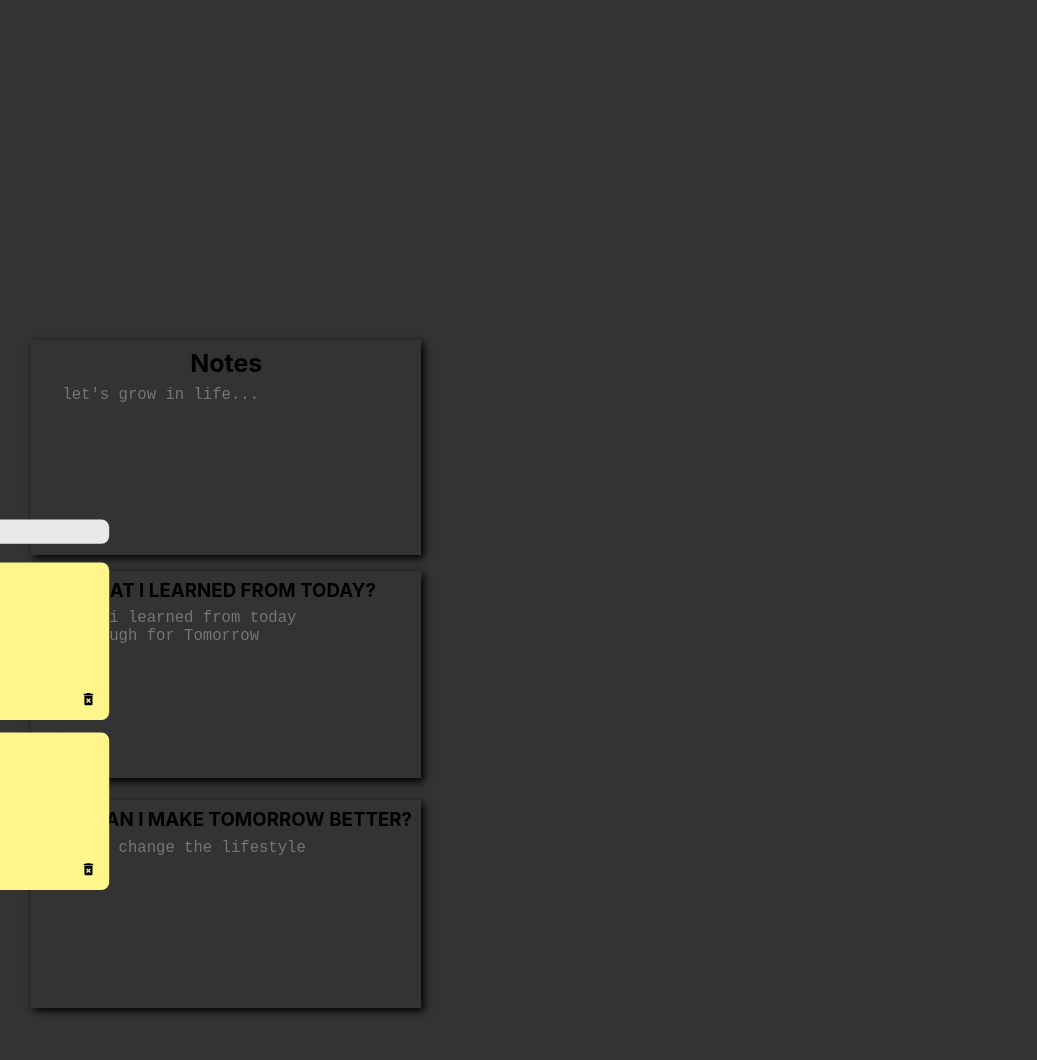
Repository: subhamRsahoo/note
Page: /
These files come from the project's save history. The page is drawn as it stood at one moment and after the next save; the edit follows.
The browser window is 1280 px wide. The page is 1280 px wide, then 1330 px, then 1280 px, so the pictures cover 1330 px, including what lies to the right of the window. The pictures show the whole page, at 78% of full size.
The project was rebuilt for these pictures with package versions that can differ from the ones it lists, and the page was loaded fresh each time.

Above is the page before, as saved 2021-07-15 17:44:45.

### public/index.html
<!DOCTYPE html>
<html lang="en">
  <head>
    <meta charset="utf-8" />
    <link rel="icon" href="%PUBLIC_URL%/favicon.ico" />
    <meta name="viewport" content="width=device-width, initial-scale=1" />
    <meta name="theme-color" content="#000000" />
    <meta
      name="description"
      content="Web site created using create-react-app"
    />
    <link rel="apple-touch-icon" href="%PUBLIC_URL%/logo192.png" />
    <link rel="manifest" href="%PUBLIC_URL%/manifest.json" />


    <!-- <link rel="stylesheet" href="https://cdnjs.cloudflare.com/ajax/libs/font-awesome/5.15.3/css/font-awesome.min.css"/> -->

    <!-- <link rel="stylesheet" href="https://bootswatch.com/4/materia/bootstrap.com"/> -->

    <title>React App</title>
  </head>
  <body>
    <noscript>You need to enable JavaScript to run this app.</noscript>
    <div id="root"></div>
  </body>
</html>

### src/App.js
import React from 'react'
import Hub from './components/Hub';
import Hub1 from './components/aaaa/Hub1';
import A from './components/New folder/A';

function App() {
    return (
        <div>
            <Hub/>
            <Hub1/>
            <A/>
        </div>
    )
}

export default App

### src/components/Hub.js
import React , {useState , useEffect}from "react";
import Header from "./Header";
import Form from "./Form";
import TodoList from "./TodoList";
import './App.css';


const Hub = () => {
  const initalState = JSON.parse(localStorage.getItem("todos")) || [];
  const [input ,setInput] = useState("");
  const [todos ,setTodos] = useState(initalState);
  const [editTodo , setEditTodo] = useState(null);

  useEffect(() => {
    localStorage.setItem("todos" , JSON.stringify(todos))
  }, [todos]);
  return (
    <div className="container">
      <div className="app-wrapper">
        <div>
          <Header/>
        </div>
        <div>
          <Form
          input={input}
          setInput={setInput}
          todos={todos}
          setTodos={setTodos}
          editTodo={editTodo}
          setEditTodo={setEditTodo}
          />
        </div>
        <div>
          <TodoList todos={todos} setTodos={setTodos} setEditTodo={setEditTodo}/>
        </div>
      </div>
    </div>

  );
}

export default Hub;

### src/components/aaaa/Hub1.js
import React, { Component } from 'react';
import FormDataComponent from './components/form-data.component';
class  Hub1 extends Component {
  render() {
    return (
      <div >
        <FormDataComponent />
      </div>
    );
  }
}

export default Hub1;

### src/components/New folder/A.js
import React from 'react';
import './index.css';
import App from './App';


function A() {
    return (
        <div>
            <App />
        </div>
    )
}

export default A

### src/components/Header.js
import React from 'react'

function Header() {
    return (
        <div className="header">
            <h1>Todo</h1>
        </div>
    )
}

export default Header

### src/components/Form.js
import React , {useEffect} from 'react'
import {v4 as uuidv4} from "uuid";
import AddIcon from '@material-ui/icons/Add';

 const Form =({input , setInput , todos , setTodos , editTodo , setEditTodo }) => {
     const updateTodo = (title , id, completed) =>
     {
         const newTodo = todos.map((todo)=>

             todo.id === id ? {title,id, completed} : todo
         )
         setTodos(newTodo);
         setEditTodo("");
     }
     useEffect(() =>
     {
         if(editTodo)
         {
             setInput(editTodo.title);
         }else{
             setInput("")
         }
     }, [setInput , editTodo]);

     const onInputChange= (event) =>
     {
       setInput(event.target.value);
     };

     const onFormSubmit = (event) =>
     {
        event.preventDefault();
        if(!editTodo){
            setTodos([...todos , {id:uuidv4(), title: input , completed: false}]);
            setInput("");
        }else{
            updateTodo(input , editTodo.id , editTodo.completed)
        }
     }
    return (
       <form onSubmit={onFormSubmit}>
           <input type="text" placeholder="Today tasks... " className="task-input"
           value={input} required onChange={onInputChange} limit={3}/>
           <button type="submit" className="Add">
            <AddIcon/>
           </button>
       </form>
    )
}

export default Form

### src/components/TodoList.js
import React from 'react'
import DoneIcon from '@material-ui/icons/Done';
import EditIcon from '@material-ui/icons/Edit';
import DeleteIcon from '@material-ui/icons/Delete';

const TodoList = ({todos , setTodos , setEditTodo}) => {

    const handleDelete = ({id}) =>
    {
        setTodos(todos.filter((todo) => todo.id !== id));
    }

    const handleComplete = (todo) =>
    {
        setTodos(
            todos.map((item) => {
                if(item.id === todo.id){
                    return {...item , completed: !item.completed};
                }
                return item
            })
        )
    }

    const handleEdit =({id}) =>{
        const findTodo = todos.find((todo) => todo.id === id);
        setEditTodo(findTodo);
    };
    return (
        <div>
           {todos.map((todo) => (
               <li className="list-item"  key={todo.id}>
                   <input type="text"
                     value={todo.title}
                     className={`list ${todo.completed ? "complete" : "" }`}
                     onChange={(event)=> event.preventDefault()}
                   />
                   <div>
                       <button className="button-complete task-button" onClick={() => handleComplete(todo)}>
                          <i><DoneIcon/></i>
                       </button>
                       <button className="button-edit task-button" onClick={()=> handleEdit(todo)}>
                          <i><EditIcon/></i>
                       </button>
                       <button className="button-delete task-button"  onClick={()=> handleDelete(todo)}>
                          <i><DeleteIcon/></i>
                       </button>
                   </div>
               </li>
           ))}
        </div>
    );
}

export default TodoList;

### src/components/App.css
::-webkit-scrollbar {
  width: 9px;
}
::-webkit-scrollbar-thumb {
  background-color: #a8a8a8;
}
::-webkit-scrollbar-thumb:hover {
  background: #828282;
}
::-webkit-scrollbar-track {
  background: #cccccc;
}

body {
  font-family: -apple-system, BlinkMacSystemFont, 'Segoe UI', 'Roboto', 'Oxygen',
    'Ubuntu', 'Cantarell', 'Fira Sans', 'Droid Sans', 'Helvetica Neue',
    sans-serif;
  -webkit-font-smoothing: antialiased;
  -moz-osx-font-smoothing: grayscale;
  background: #333;
}

code {
  font-family: source-code-pro, Menlo, Monaco, Consolas, 'Courier New',
    monospace;
}


*
{
  margin: 0;
  padding: 0;
}

.container
{
  margin-top: 10px;
  width: 100%;
  min-height: 55vh;
  display: grid;
  justify-content: left;
  /* margin-left: 40px; */
  right: 570px;
  align-items: center;
  position: relative;
  box-sizing: border-box;
  /* left: 40px; */
}

.app-wrapper
{
  background-color: #333;
  width: 500px;
  min-height: 350px;
  padding: 10px;
  box-sizing: border-box;
  border-radius: 10px;
  box-shadow: 4px 4px 10px #000;
  /* margin-bottom: 150px; */

}

.header h1
{
  color: black;
  text-align: left;
  margin: 30px 0;
  margin-left: 200px;
}

.task-input
{
  outline: none;
  width: 350px;
  padding: 15px;
  margin-right: 25px;
  font-size: 20px;
  color: white;
  background-color: #333;
  border: none;
  border-radius: 10px;
}

.task-input:hover
{
  box-shadow: 6px 4px 10px #000;
}

.Add
{
  width: 70px;
  padding: 5px 5px;
  border: 0;
  cursor: pointer;
  border-style: transparent;
  background-color: #333;
}

.Add:hover
{
  border-radius: 10px;
  box-shadow: 6px 4px 10px #000;
}

.list-item
{
  display: flex;
  margin: 20px 0;
  border: none;
  border-radius: 10px;
  padding: 7px;
  max-height: 20px;
}

.list-item:hover
{
  box-shadow: 6px 4px 10px #000;
}

.button-complete,
.button-delete,
.button-edit
{
  border: none;
  outline: none;
  cursor: pointer;
  background-color: transparent;
  font-size: 20px;
  border-radius: 50%;
}

.button-complete
{
  color: #ff6c6c;
  margin-right: 10px;
  margin-left: 70px;
}

.button-edit
{
  color: #e2d029;
  margin-right: 10px;
}

.button-delete
{
  color: lightseagreen;
}

.complete
{
  text-decoration-style: solid;
  text-decoration-line: line-through;
  text-decoration-color: #ff6c6c;
  opacity: 0.6;
}

.list
{
  width: 250px;
  background-color: #333;
  border: none;
  color: wheat;
  font-size: 20px;
  padding-left: 10px;
  margin-right: 15px;
}

input:focus,
button:focus
{
  outline: none;
}

@media screen and (max-width:768px)
{
  .container
  {
    left : 120px;
  }
  .app-wrapper
  {

    min-width: 400px;
    min-height: 260px;
    /* margin-top: 15px; */
  }
}

@media screen and (max-width:540px)
{
  .container
  {
    left: 40px;
  }
}

@media screen and (max-width: 1020px)
{
  .app-wrapper
  {
    min-width: 200px;
    min-height: 260px;
    margin-top: 15px;
  }
}

### src/components/aaaa/components/form-data.component.js
import React, { Component } from 'react';
import './design.css';
export default class FormDataComponent extends Component {
    userData;

    constructor(props) {
        super(props);

        this.onChangeName = this.onChangeName.bind(this);
        this.onChangeName1 = this.onChangeName1.bind(this);
        this.onChangeName2 = this.onChangeName2.bind(this);
        this.onSubmit = this.onSubmit.bind(this);

        this.state = {
            name: '',
            name1: '',
            name2: ''
        }
    }

    // Form Values
    onChangeName(e) {
        this.setState({ name: e.target.value })
    }

    onChangeName1(e) {
        this.setState({ name1: e.target.value })
    }

    onChangeName2(e) {
        this.setState({ name2: e.target.value })
    }


    // React Life Cycle
    componentDidMount() {
        this.userData = JSON.parse(localStorage.getItem('user'));

        if (localStorage.getItem('user')) {
            this.setState({
                name: this.userData.name,
                name1: this.userData.name1,
                name2: this.userData.name2
            })
        } else {
            this.setState({
                name: '',
                name1: '',
                name2: ''
            })
        }
    }

    componentWillUpdate(nextProps, nextState) {
        localStorage.setItem('user', JSON.stringify(nextState));
    }

    onSubmit(e) {
        e.preventDefault()
        console.log(this.state.props)
    }


    render() {
        return (

                <form className="form" onSubmit={this.onSubmit}>
                    <div className="contain">
                        <h1>Notes</h1>
                        <textarea type="text" placeholder="let's grow in life..." className="text1" value={this.state.name} onChange={this.onChangeName} />
                        {/* <button type="submit" className="btn1">Save</button> */}
                    </div>


                    <div className="contain1">
                        <h2>WHAT I LEARNED FROM TODAY?</h2>
                        <textarea type="text" placeholder="What i learned from today noenough for Tomorrow" className="text2" value={this.state.name1} onChange={this.onChangeName1} />
                        {/* <button type="submit" className="btn2">Save</button> */}
                    </div>

                    <div className="contain2">
                        <h2>HOW CAN I MAKE TOMORROW BETTER?</h2>
                        <textarea type="text" placeholder="let's change the lifestyle" className="text3" value={this.state.name2} onChange={this.onChangeName2} />
                        {/* <button type="submit" className="btn3">Save</button> */}
                    </div>
                </form>

        )
    }
}

### src/components/New folder/index.css
body {
	margin: 0;
	font-family: -apple-system, BlinkMacSystemFont, 'Segoe UI',
		'Roboto', 'Oxygen', 'Ubuntu', 'Cantarell', 'Fira Sans',
		'Droid Sans', 'Helvetica Neue', sans-serif;
	-webkit-font-smoothing: antialiased;
	-moz-osx-font-smoothing: grayscale;
}

code {
	font-family: source-code-pro, Menlo, Monaco, Consolas,
		'Courier New', monospace;
}

.header {
	display: flex;
	align-items: center;
	justify-content: space-between;
}

.dark-mode {
	background-color: black;
}

.dark-mode h1 {
	color: white;
}
/*
.container {
	display: grid;
	min-width: 1260px;
	 margin-right: auto;
	position: ;
	left: 50px;
	padding-right: 15px;
	padding-left: 15px;
	min-height: 500px;
} */

.notes-list {
	display: grid;
	grid-gap: 1rem;
	grid-template-columns: repeat(
		auto-fill,
		minmax(250px, 1fr)
	);
}

.note.new {
	background-color: #67d7cc;
}

textarea {
	border: none;
	resize: none;
	background-color: #67d7cc;
}

textarea:focus {
	outline: none;
}

.save {
	background-color: #e1e1e1;
	border: none;
	border-radius: 15px;
	padding: 5px 10px 5px 10px;
}

.save:hover {
	background-color: #ededed;
	cursor: pointer;
}

.note {
	background-color: #fef68a;
	border-radius: 10px;
	padding: 1rem;
	min-height: 170px;
	display: flex;
	flex-direction: column;
	justify-content: space-between;
	white-space: pre-wrap;
}

.note-footer {
	display: flex;
	align-items: center;
	justify-content: space-between;
}

.delete-icon {
	cursor: pointer;
}

.search {
	display: flex;
	align-items: center;
	background-color: rgb(233, 233, 233);
	width: 700px;
	border-radius: 10px;
	padding: 5px;
	margin-bottom: 1.5em;
}

.search input {
	border: none;
	background-color: rgb(233, 233, 233);
	width: 100%;
}

.search input:focus {
	outline: none;
}

### src/components/New folder/App.js
import { useState, useEffect } from 'react';
import { nanoid } from 'nanoid';
import NotesList from './components/NotesList';
import Search from './components/Search';

const App = () => {
	const [notes, setNotes] = useState([
		{
			id: nanoid(),
			text: 'This is my first note!',
			date: '15/04/2021',
		},
		{
			id: nanoid(),
			text: 'This is my second note!',
			date: '21/04/2021',
		},
		{
			id: nanoid(),
			text: 'This is my third note!',
			date: '28/04/2021',
		},
		{
			id: nanoid(),
			text: 'This is my new note!',
			date: '30/04/2021',
		},
	]);

	const [searchText, setSearchText] = useState('');

	useEffect(() => {
		const savedNotes = JSON.parse(
			localStorage.getItem('react-notes-app-data')
		);

		if (savedNotes) {
			setNotes(savedNotes);
		}
	}, []);

	useEffect(() => {
		localStorage.setItem(
			'react-notes-app-data',
			JSON.stringify(notes)
		);
	}, [notes]);

	const addNote = (text) => {
		const date = new Date();
		const newNote = {
			id: nanoid(),
			text: text,
			date: date.toLocaleDateString(),
		};
		const newNotes = [...notes, newNote];
		setNotes(newNotes);
	};

	const deleteNote = (id) => {
		const newNotes = notes.filter((note) => note.id !== id);
		setNotes(newNotes);
	};

	return (
		<div >
			<div className='container'>
				<Search handleSearchNote={setSearchText} />
				<NotesList
					notes={notes.filter((note) =>
						note.text.toLowerCase().includes(searchText)
					)}
					handleAddNote={addNote}
					handleDeleteNote={deleteNote}
				/>
			</div>
		</div>
	);
};

export default App;

### src/components/aaaa/components/design.css
.form
{
    width: 100%;
    height: 250px;
    display: grid;
    margin: 0;
    padding: 0;
}


.contain
{
    display: grid;
    width: 500px;
    left: 40px;
    top: 30px;
    bottom: 10px;
    box-shadow: 4px 4px 10px #000;
    position: relative;
    box-sizing: border-box;

}

.text1
{
    margin-top: 10px;
   width: 400px;
   height: 197px;
   margin-left: 40px;
   background-color: #333;
   border-style: none;
   color: white;
   border-style: none;
   font-size: 20px;
   margin-bottom: 20px;
}

.text1:hover
{
    box-shadow: 4px 4px 10px #000;
}

.contain h1
{
    margin-top: 10px;
   text-align: center;
}

/* .btn1
{
    background-color: #333;
    margin-left: 70px;
    text-decoration-color: white;
    border-style: none;
    color: white;
    cursor: pointer;
    margin-bottom: 10px;
    padding: 8px 8px;
    border-radius: 10px;
}

.btn1:hover
{
    box-shadow: 4px 4px 10px #000;
    padding: 8px 8px;
} */


.contain1
{
    width: 500px;
    top: 50px;
    left: 40px;
    box-shadow: 4px 4px 10px #000;
    position: relative;
    box-sizing: content-box;
    display: grid;
}

.text2
{
    margin-top: 10px;
    width: 400px;
    height: 197px;
    margin-left: 40px;
    background-color: #333;
    border-style: none;
    color: white;
    border-style: none;
    font-size: 20px;
    margin-bottom: 20px;
}

.text2:hover
{
    box-shadow: 4px 4px 10px #000;
}


.contain1 h2
{
    margin-top: 10px;
   text-align: center;
}

/* .btn2
{
    background-color: #333;
    margin-left: 70px;
    text-decoration-color: white;
    border-style: none;
    color: white;
    cursor: pointer;
    margin-bottom: 10px;
    padding: 8px 8px;
    border-radius: 10px;
}

.btn2:hover
{
    box-shadow: 4px 4px 10px #000;
    padding: 8px 8px;
} */

.contain2
{
   width: 500px;
    margin-top: 620px;
    margin-left: 40px;
    /* bottom: 630px; */
    box-shadow: 4px 4px 10px #000;
    position: absolute;
    box-sizing:border-box;
    display: grid;
}

.text3
{
    margin-top: 10px;
    width: 400px;
    height: 197px;
    margin-left: 40px;
    background-color: #333;
    border-style: none;
    color: white;
    border-style: none;
    font-size: 20px;
    margin-bottom: 20px;
}

.text3:hover
{
    box-shadow: 4px 4px 10px #000;
}


.contain2 h2
{
    margin-top: 10px;
   text-align: center;
}

/* .btn3
{
    background-color: #333;
    margin-left: 70px;
    text-decoration-color: white;
    border-style: none;
    color: white;
    cursor: pointer;
    margin-bottom: 10px;
    padding: 8px 8px;
    border-radius: 10px;
}

.btn3:hover
{
    box-shadow: 4px 4px 10px #000;
    padding: 8px 8px;
} */

@media screen and (max-width:768px)
{
    .contain
    {
        left: 80px;
    }
    .contain1
    {
        left: 80px;
    }
    .contain2
    {
        left: 80px;
    }
}

@media screen and (max-width: 540px)
{
    .contain
    {
        left: 0;
    }
    .contain1
    {
        left: 0px;
    }
    .contain2
    {
        left: 0px;
    }
}

### src/components/New folder/components/AddNote.js
import { useState } from 'react';

const AddNote = ({ handleAddNote }) => {
	const [noteText, setNoteText] = useState('');
	const characterLimit = 200;

	const handleChange = (event) => {
		if (characterLimit - event.target.value.length >= 0) {
			setNoteText(event.target.value);
		}
	};

	const handleSaveClick = () => {
		if (noteText.trim().length > 0) {
			handleAddNote(noteText);
			setNoteText('');
		}
	};

	return (
		<div className='note new'>
			<textarea
				rows='8'
				cols='10'
				placeholder='Type to add a note...'
				value={noteText}
				onChange={handleChange}
			></textarea>
			<div className='note-footer'>
				<small>
					{characterLimit - noteText.length} Remaining
				</small>
				<button className='save' onClick={handleSaveClick}>
					Save
				</button>
			</div>
		</div>
	);
};

export default AddNote;

Loaded but not shown: src/index.js (common file); src/components/New folder/components/NotesList.js (common file); src/components/New folder/components/Search.js (common file); src/components/New folder/components/Note.js (common file)

After the next save:
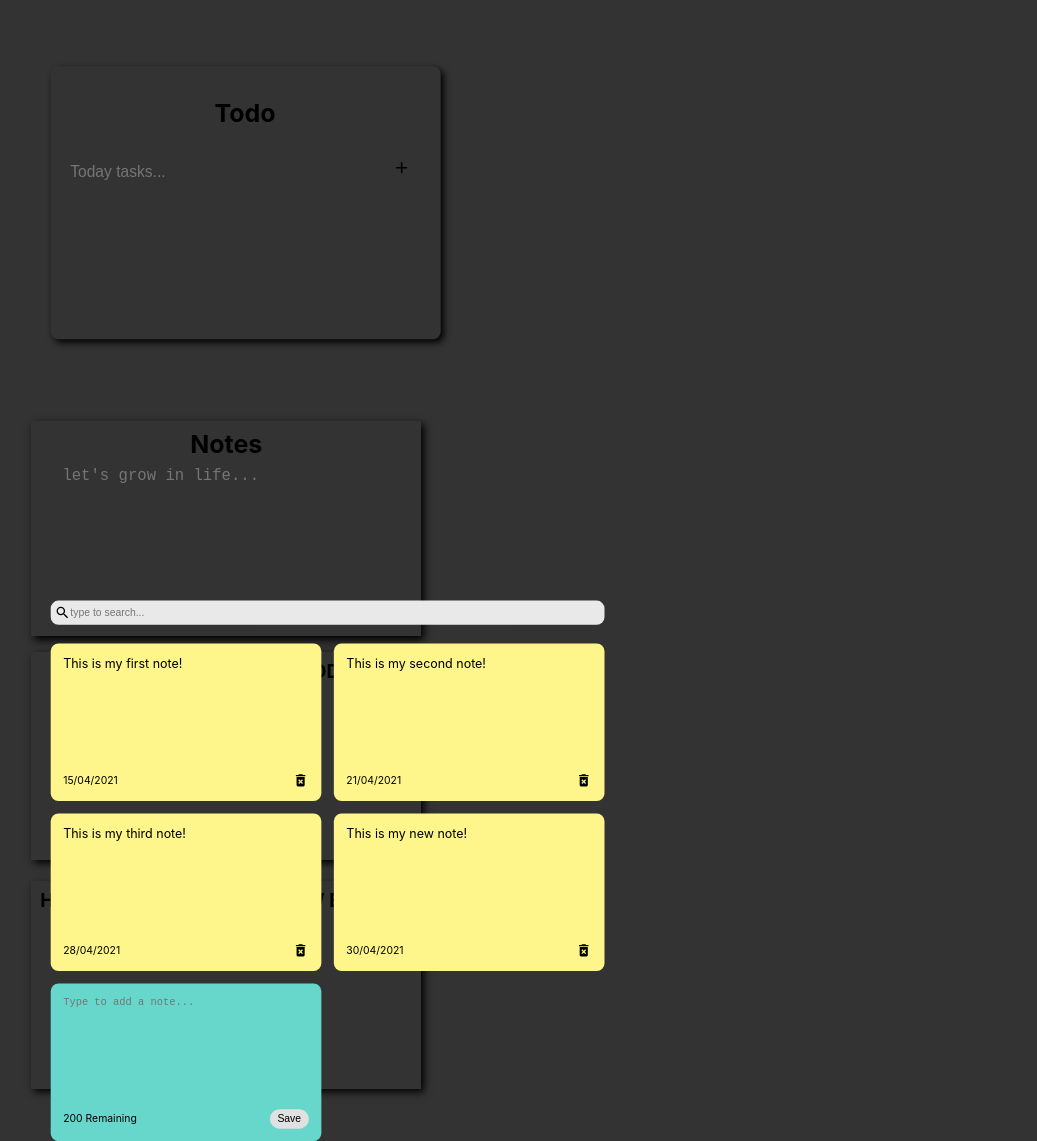
Saved 18 s later.
--- a/src/components/New folder/index.css
+++ b/src/components/New folder/index.css
@@ -25,7 +25,7 @@
 .dark-mode h1 {
 	color: white;
 }
-/*
+
 .container {
 	display: grid;
 	min-width: 1260px;
@@ -35,7 +35,7 @@
 	padding-right: 15px;
 	padding-left: 15px;
 	min-height: 500px;
-} */
+}
 
 .notes-list {
 	display: grid;

After the save that followed:
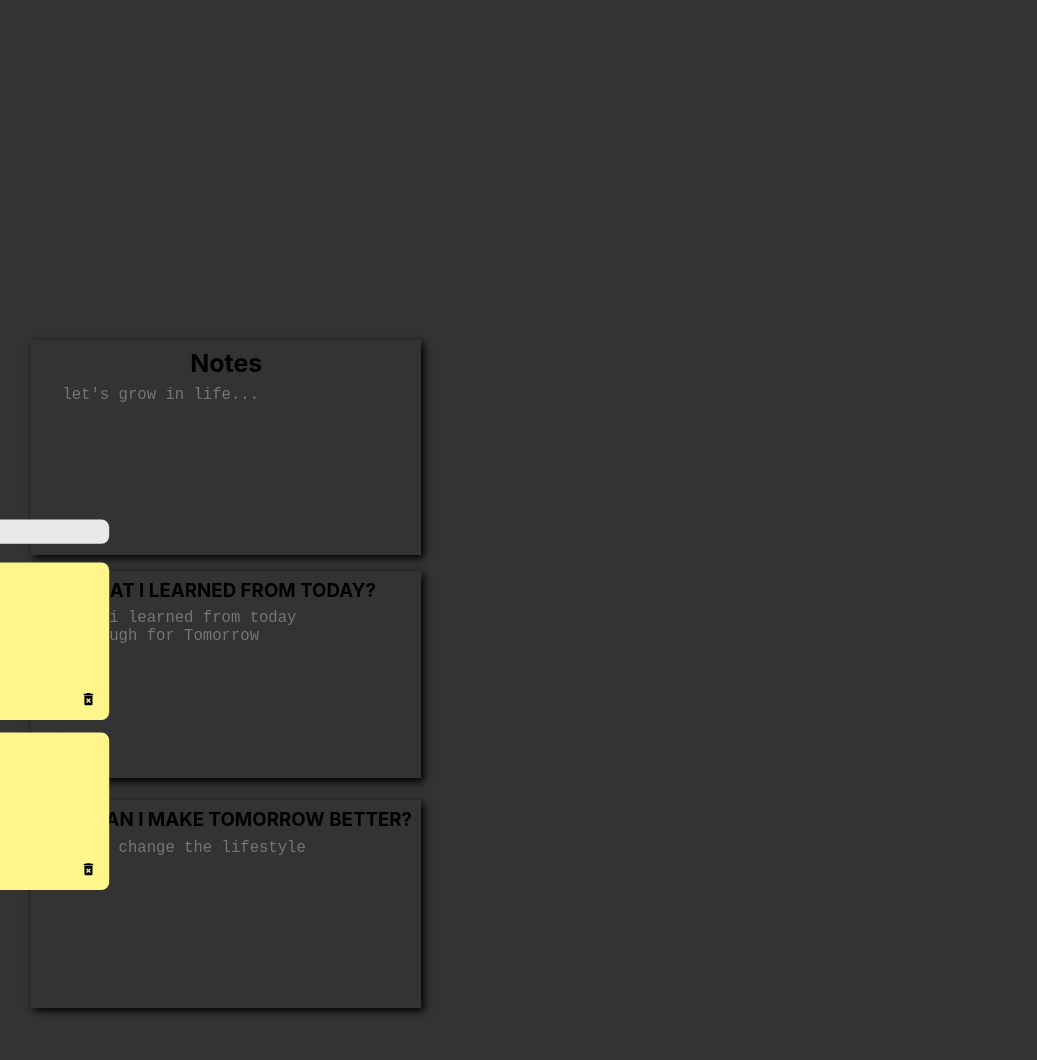
Saved 13 s later.
--- a/src/components/New folder/index.css
+++ b/src/components/New folder/index.css
@@ -28,13 +28,13 @@
 
 .container {
 	display: grid;
-	min-width: 1260px;
+	/* min-width: 1260px;
 	 margin-right: auto;
 	position: ;
 	left: 50px;
 	padding-right: 15px;
 	padding-left: 15px;
-	min-height: 500px;
+	min-height: 500px; */
 }
 
 .notes-list {
